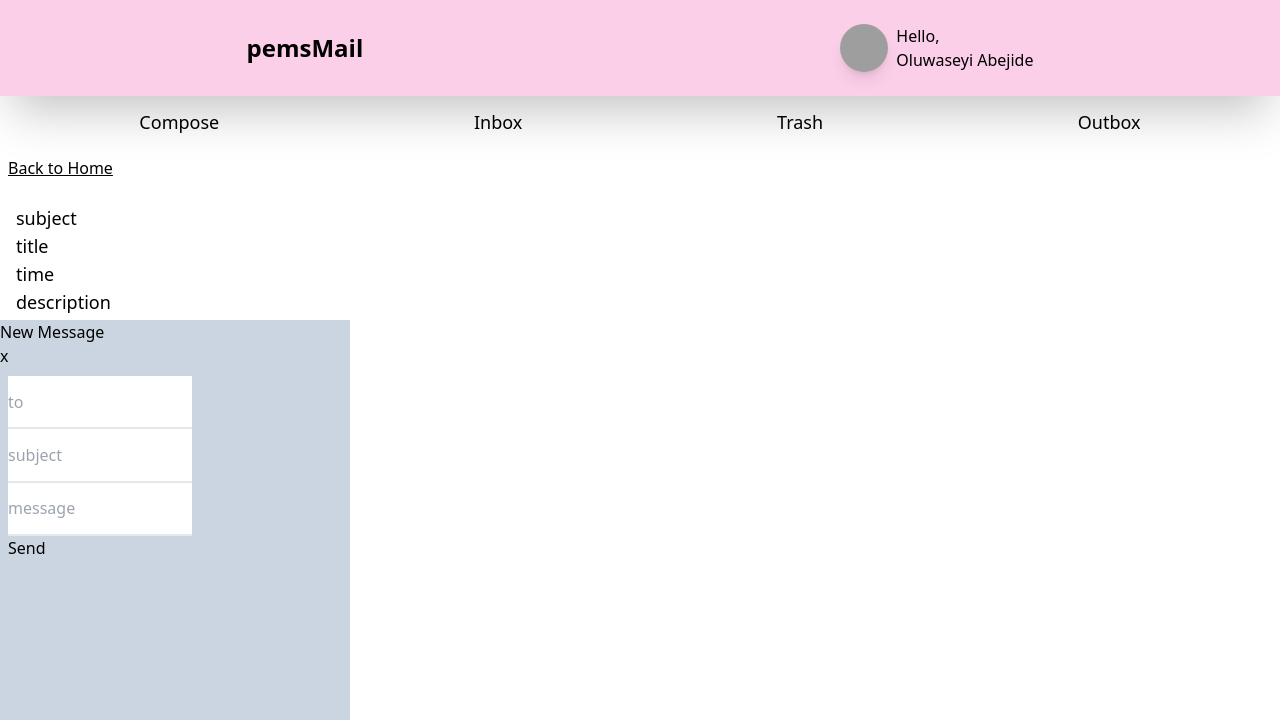
Repository: Semanmernstack/mailclone
Page: /mail
These files come from the project's save history. The page is drawn as it stood at one moment and after the next save; the edit follows.
The browser window is 1280 px wide. The pictures show the whole page.
Pictures or frames that could not be fetched are drawn as grey boxes. The project was rebuilt for these pictures with package versions that can differ from the ones it lists, and the page was loaded fresh each time. Also part of the build but not shown: src/features/counter/Counter.module.css, src/features/counter/Counter.js, src/OpenRow.js, src/Open.js.

Above is the page before, as saved 2023-01-16 04:03:00.

After the next save:
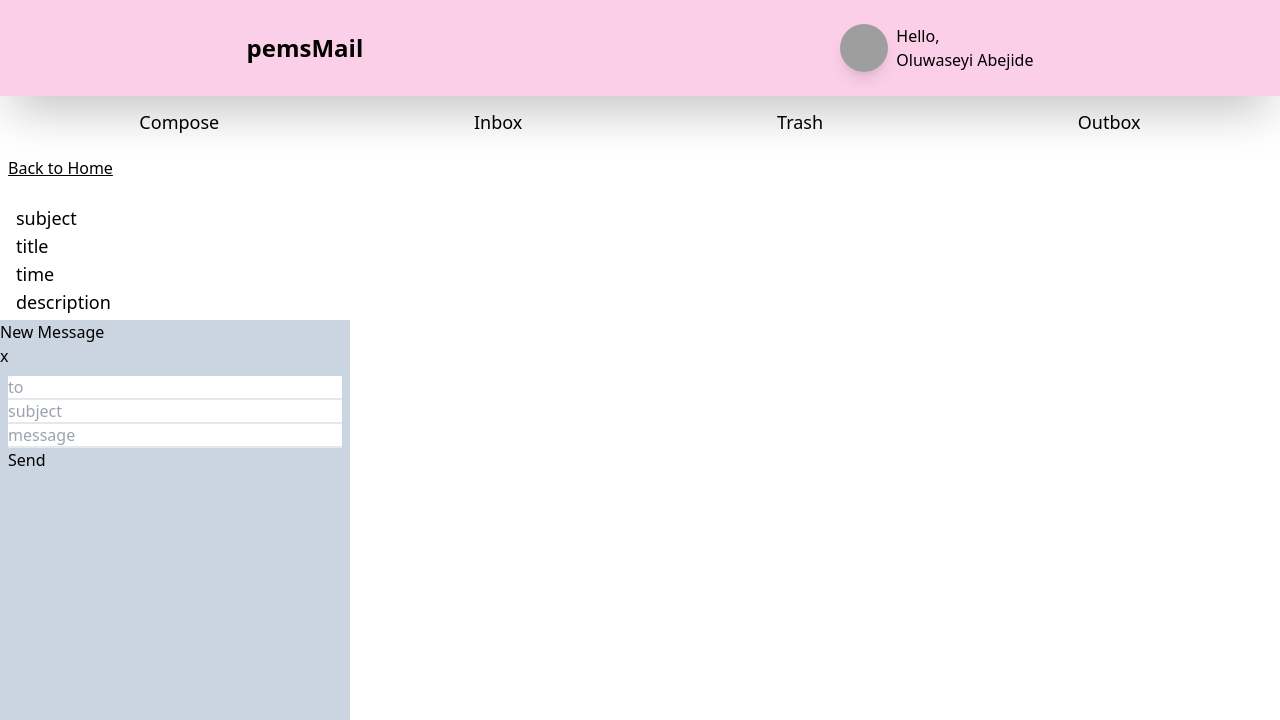
Saved 51 s later.
--- a/src/SendMail.js
+++ b/src/SendMail.js
@@ -10,10 +10,10 @@ function SendMail() {
                 <h3>New Message</h3>
                 <button   >x</button>
             </div>
-            <form onSubmit={handleSubmit(onSubmit)} className="flex flex-col p-2 h-[200px] w-[200px]" >
+            <form onSubmit={handleSubmit(onSubmit)} className="flex flex-col p-2 " >
                 <input type="emails"
                     placeholder='to'
-                    className='h-7 border-b-2 flex-1 w-[100%]'
+                    className='h-7 border-b-2 flex-1 '
 
                     {...register("to", { required: true })}
 
@@ -22,7 +22,7 @@ function SendMail() {
 
                 <input type="text"
                     placeholder='subject'
-                    className='h-7 border-b-2 flex-1 w-[100%]'
+                    className='h-7 border-b-2 flex-1 '
 
                     {...register("subject", { required: true })}
 
@@ -32,7 +32,7 @@ function SendMail() {
 
                 <input type="text"
                     placeholder='message'
-                    className='h-7 border-b-2 flex-1 w-[100%]'
+                    className='h-7 border-b-2 flex-1 '
 
                     {...register("message", { required: true })}
                 />
